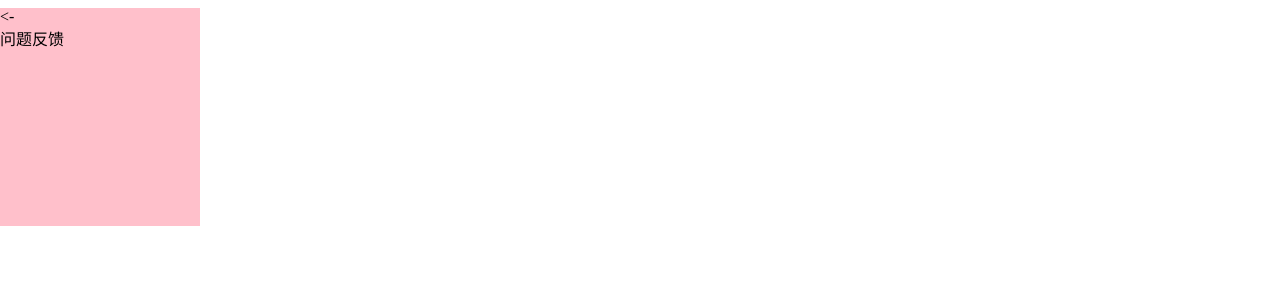
Repository: szl156/class
Page: review/javascript/test/test.html
These files come from the project's save history. The page is drawn as it stood at one moment and after the next save; the edit follows.
The browser window is 1280 px wide. The pictures show the whole page.

Above is the page before, as saved 2022-07-25 22:16:21.

After the next save:
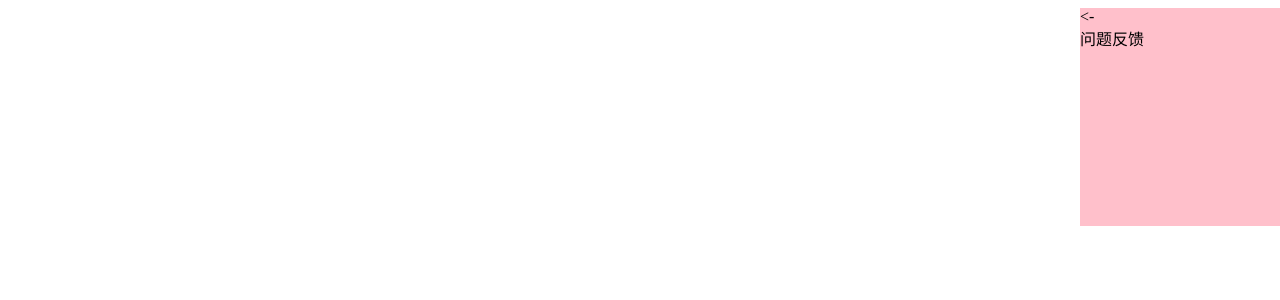
Saved 17 s later.
--- a/review/javascript/test/test.html
+++ b/review/javascript/test/test.html
@@ -10,7 +10,7 @@
         div {
             position: absolute;
             top: 20;
-            left: 0;
+            right: 0;
             width: 200px;
             height: 200px;
             background-color: pink;
